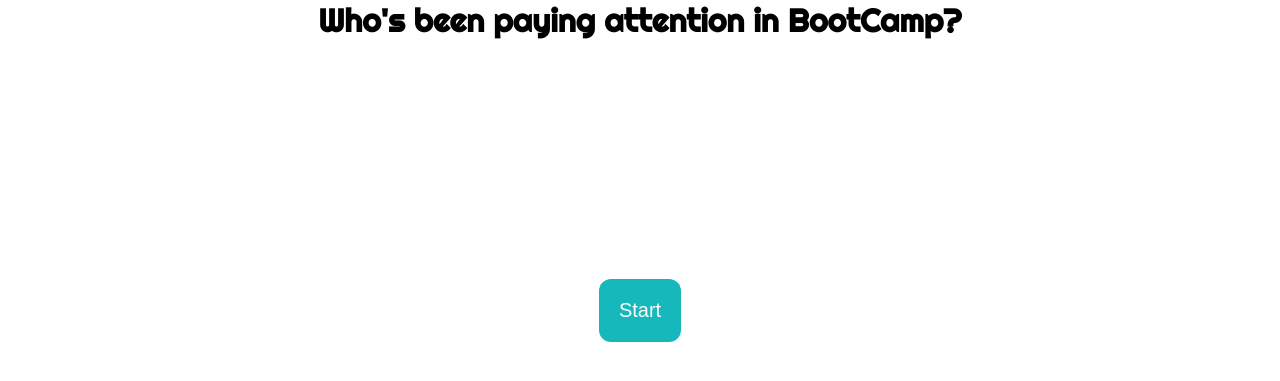
Repository: kkyler24/Quizlet
Page: Quiz.html
An editor plug-in stored every save of this project. The page is shown before and after the next save, followed by the edit.
The browser window is 1280 px wide. The pictures show the whole page.
Some web libraries are served in a nearby version.

Above is the page before, as saved 2020-03-16 01:15:12.

After the next save:
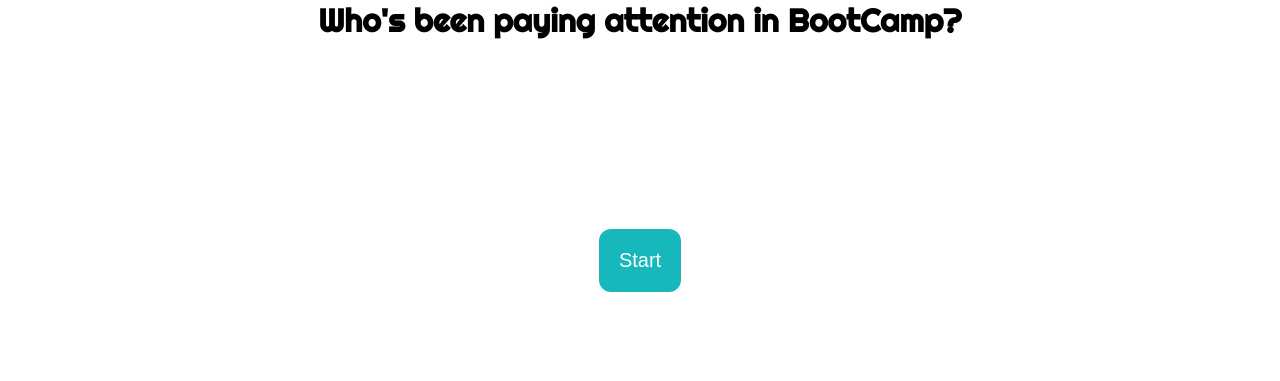
Saved 2 min 28 s later.
--- a/Quiz.html
+++ b/Quiz.html
@@ -24,7 +24,6 @@
 
 <body>
 
-    <div class="time"></div>
     <Div class="flex-container">
         <div id="startB">
             <input type="button" class="startButton" value="Start"/>
@@ -106,6 +105,7 @@
                 </div>
             </div>
         </div>
+        <div class="time"></div>
     </Div>
 
     <script src="https://code.jquery.com/jquery-3.4.1.js"></script>
